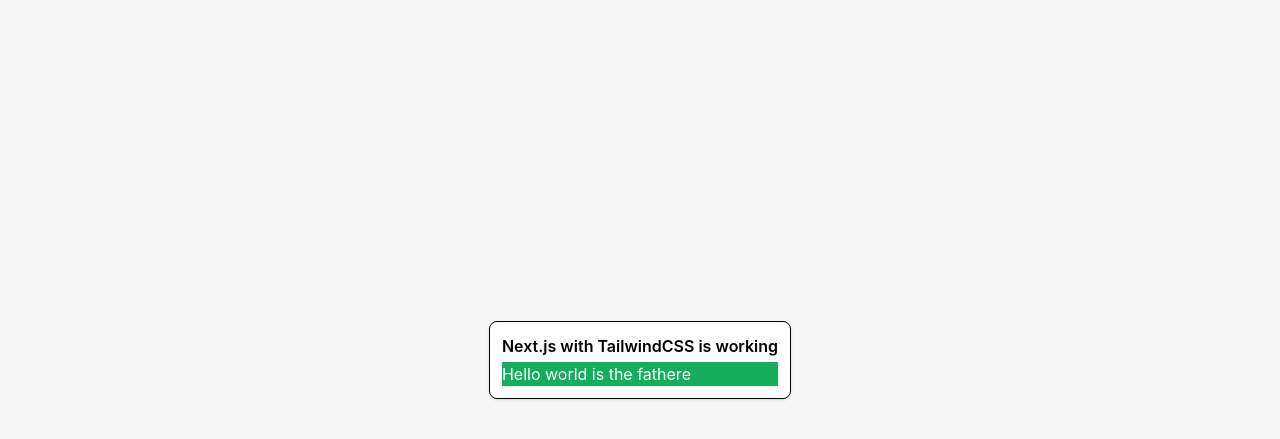
Repository: vignesh33654/resizablesidebar
Page: /
An editor plug-in stored every save of this project. The page is shown before and after the next save, followed by the edit.
The browser window is 1280 px wide. The pictures show the whole page.
The project was rebuilt for these pictures with package versions that can differ from the ones it lists, and the page was loaded fresh each time.

Above is the page before, as saved 2025-11-11 10:55:48.

After the next save:
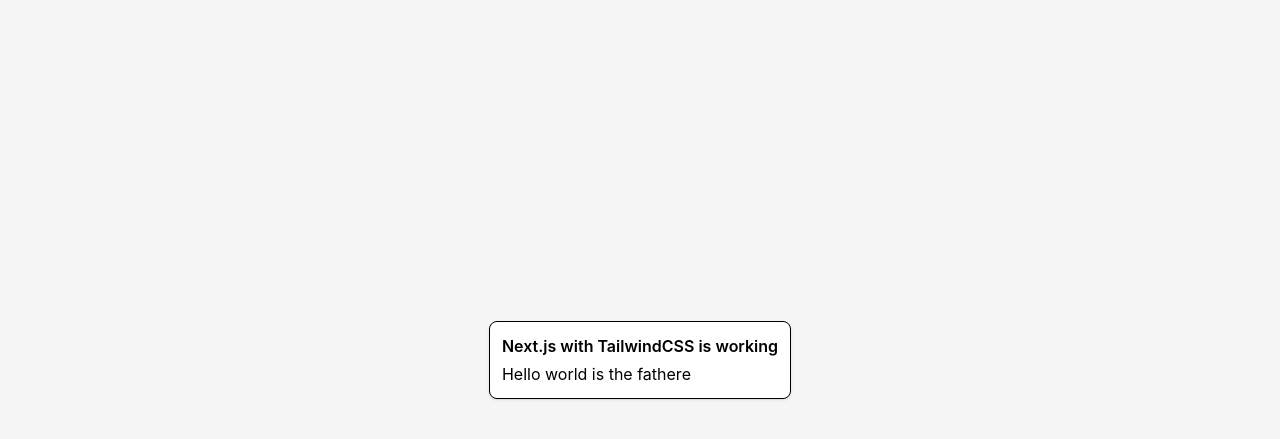
Saved 12 s later.
--- a/src/App.tsx
+++ b/src/App.tsx
@@ -9,7 +9,7 @@
           <h3 className="">
             Next.js with TailwindCSS is working
           </h3>
-          <div className="bg-success text-white">
+          <div className="font-">
             Hello world is the fathere
           </div>
       </div>
